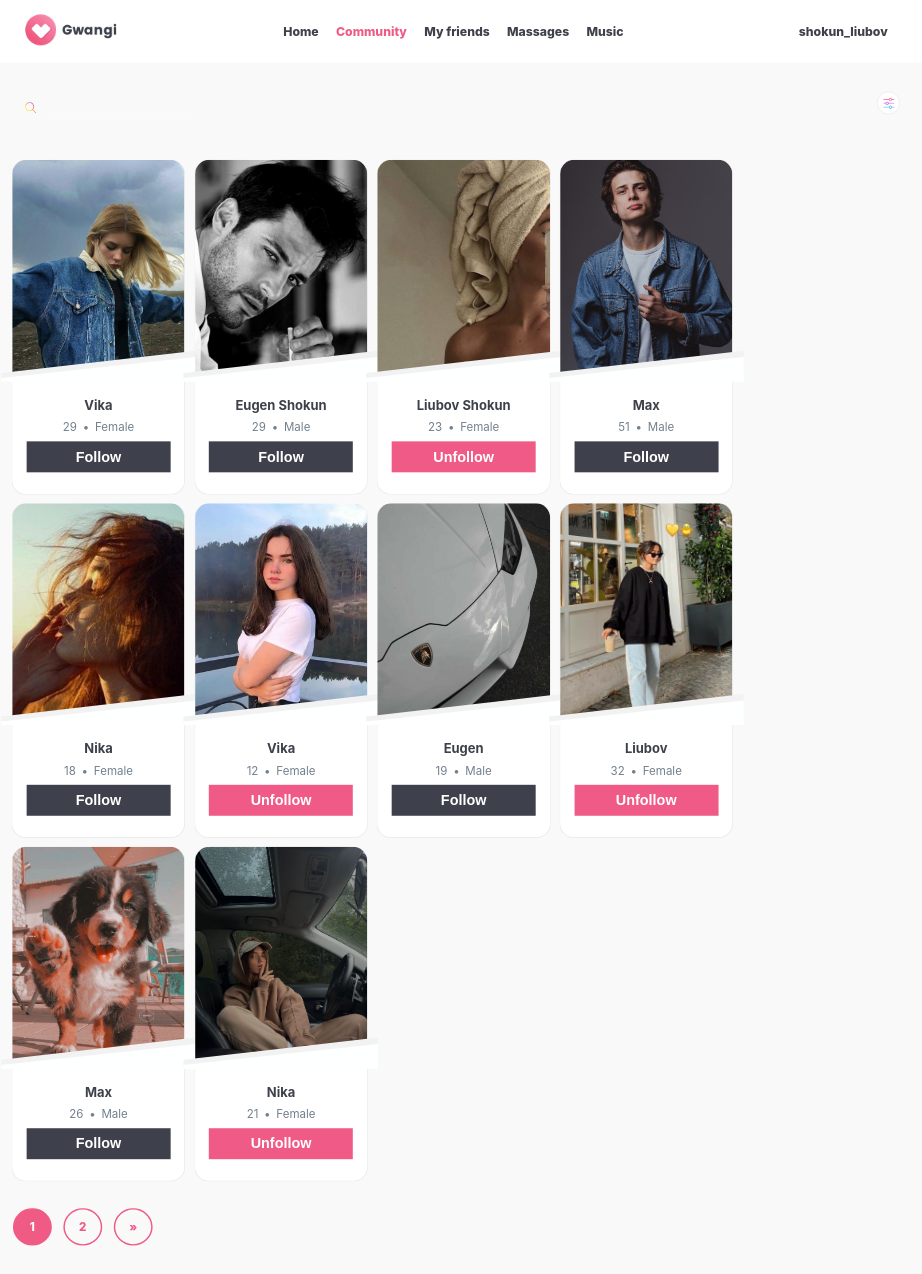
Repository: ShokunLiubov/Soc-Network-React
Page: /community
The author's editor kept a copy of each file at every save. The page is drawn from the files as they stood at one save, then again after a run of saves.
The browser window is 1280 px wide. The pictures show the whole page, at 72% of full size.
The project was rebuilt for these pictures with package versions that can differ from the ones it lists, and the page was loaded fresh each time. Requests to the local data server were answered from the project's data file. Also part of the build but not shown: src/components/Auth/Registration/Registration.module.css, src/components/Auth/Registration/Registration.jsx, src/components/Dialogs/Dialogs.module.css, src/components/Dialogs/DialogItem/DialogItem.jsx, src/components/Dialogs/Massage/Massage.jsx, src/components/Dialogs/Dialogs.jsx, src/components/Home/Home.jsx, src/components/Music/Music.jsx and 9 more.

Above is the page before, as saved 2022-08-26 16:53:54.

After the next 2 saves:
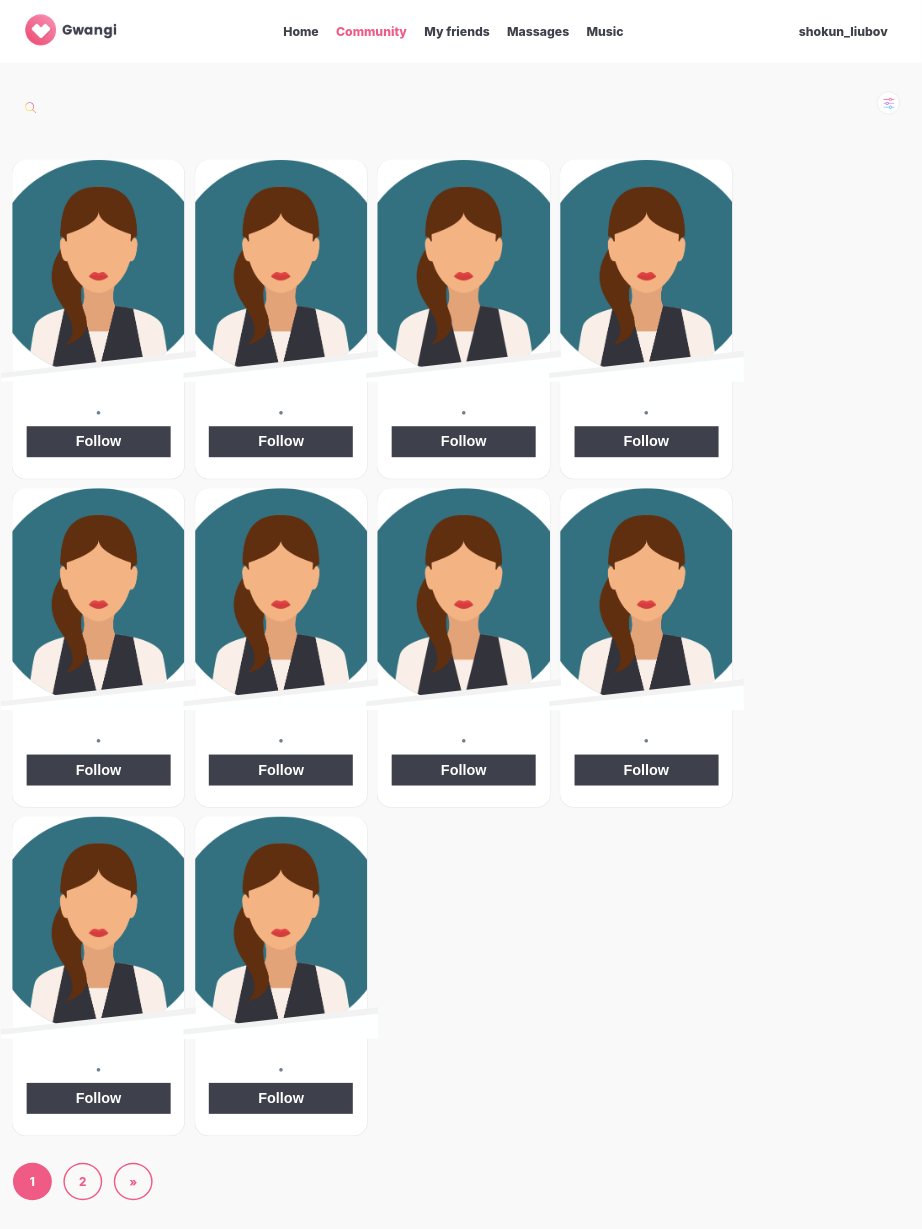
The 2 saves are shown as one change because 1 did not build or start.
The last was saved 5 min 37 s later.
--- a/src/api/api.js
+++ b/src/api/api.js
@@ -7,14 +7,20 @@ const instance = axios.create({
 
 export const usersAPI = {
     async getUsers(currentPage, pageSize){
-        let res1 = await instance.get(`users?_page=${currentPage}&_limit=${pageSize}`)
-        console.log(res1.data);
+        // let res1 = await instance.get(`users?_page=${currentPage}&_limit=${pageSize}`)
+        // async function editFollow(res1){
+        //     res1.data.map(r=>{
+        //         let res2 = await instance.get(`follow?userId=${r.id}&authUserId=3`)
+        //         console.log(res2)
+        //     })
+        // }
+        // console.log(res1.data);
         return instance.get(`users?_page=${currentPage}&_limit=${pageSize}`).then(
 
                 response => {
 
                     //console.log(response.data)
-                    const res = response.data.map((r)=>{
+                    const res = response.data.map(async (r)=>{
 
                         let follow = instance.get(`follow?userId=${r.id}&authUserId=3`)
                         console.log('====================================');
